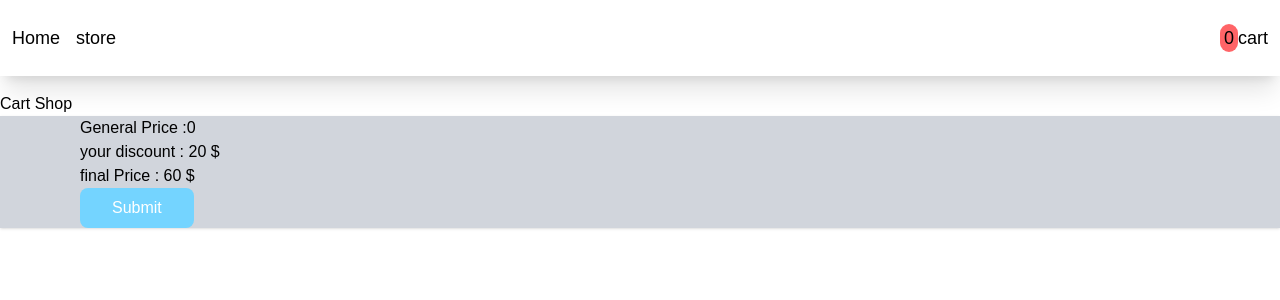
Repository: Rohullah-Noori/Nextjs-online-shop
Page: /cart
The author's editor kept a copy of each file at every save. The page is drawn from the files as they stood at one save, then again after the next save.
The browser window is 1280 px wide. The pictures show the whole page.
The project was rebuilt for these pictures with package versions that can differ from the ones it lists, and the page was loaded fresh each time. The framework's server and built-in components were replaced by stand-ins that run in the browser. Requests to the local data server were answered from the project's data file. Also part of the build but not shown: next.config.ts, src/app/components/AddToCart.tsx, src/app/components/CartItem.tsx.

Above is the page before, as saved 2025-05-13 16:23:10.

### src/app/cart/page.tsx
"use client";

import React, { useEffect, useState } from "react";
import Container from "../components/Container";
import CartItem from "../components/CartItem";
import { useShopingContextCustim } from "../context/page";
import axios from "axios";
import { IProductsProps } from "../components/Products";
import { formatNumber } from "@/utils/number";

export default function Cart() {
  const { cart } = useShopingContextCustim();

  const [data, setData] = useState<IProductsProps[]>([]);

  useEffect(() => {
    axios(`http://localhost:3004/products`).then((res) => {
      const { data } = res;
      setData(data);
    });
  }, []);

  console.log(data);

  return (
    <Container>
      <h1>Cart Shop</h1>
      {cart.map((item) => (
        <CartItem key={item.id} {...item} />
      ))}

      <div className="shadow bg-gray-300  gap-y-2 px-20 ">
        <p>
          General Price :
          <span>
            {formatNumber(
              cart.reduce((total, item) => {
                const selectedproduct = data.find(
                  (product) => product.id == item.id.toString()
                );
                return total + (selectedproduct?.price ?? 0) * item.qty;
              }, 0)
            )}
          </span>
        </p>
        <p>
          your discount : <span>20 $</span>{" "}
        </p>
        <p>
          final Price : <span>60 $</span>
        </p>
        <div className=" flex justify-start gap-x-3">
          <button className=" px-8 py-2 rounded-lg bg-sky-300 text-white">
            Submit
          </button>
          {/* <input
            type="text"
            value={"please enter your discount code"}
            className="w-[300px] bg-sky-50 rounded-lg px-3 text-gray-400"
          /> */}
        </div>
      </div>
    </Container>
  );
}

### src/app/components/Layout.tsx
import React from "react";
import Navbar from "./Navbar";

interface IlayoutProps {
  children: React.ReactNode;
}

export default function Layout({ children }: IlayoutProps) {
  return (
    <div>
      <Navbar />
      {children}
    </div>
  );
}

### src/app/context/page.tsx
"use client";
import React, { createContext, useContext, useState } from "react";

type IshopContextProps = {
  children: React.ReactNode;
};

type cartItems = {
  id: number;
  qty: number;
};

type TshopingContext = {
  cart: cartItems[];
  HandleincreasetoCard: (id: number) => void;
  getProductqty: (id: number) => number;
  totalitemsqty: number;
  handledecreasetoCard: (id: number) => void;
  RemovehandleSubmit: (id: number) => void;
};

const shopingContext = createContext({} as TshopingContext);

export const useShopingContextCustim = () => {
  return useContext(shopingContext);
};

export default function ConextShop({ children }: IshopContextProps) {
  const [cart, setCart] = useState<cartItems[]>([]);

  const getProductqty = (id: number) => {
    return cart.find((item) => item.id == id)?.qty ?? 0;
  };

  const totalitemsqty = cart.reduce((totalgqty, item) => {
    return totalgqty + item.qty;
  }, 0);

  const HandleincreasetoCard = (id: number) => {
    setCart((prev) => {
      const isnotExist = prev.find((item) => item.id === id) == null;
      if (isnotExist) {
        return [...prev, { id: id, qty: 1 }];
      } else {
        return prev.map((item) => {
          if (item.id == id) {
            return { ...item, qty: item.qty + 1 };
          } else {
            return item;
          }
        });
      }
    });
  };

  const handledecreasetoCard = (id: number) => {
    setCart((prev) => {
      const islastOne = prev.find((item) => item.id == id)?.qty == 1;
      if (islastOne) {
        return prev.filter((item) => item.id != id);
      } else {
        return prev.map((item) => {
          if (item.id == id) {
            return {
              ...item,
              qty: item.qty - 1,
            };
          } else {
            return item;
          }
        });
      }
    });
  };

  const RemovehandleSubmit = (id: number) => {
    setCart((prev) => {
      return prev.filter((item) => item.id != id);
    });
  };

  return (
    <shopingContext.Provider
      value={{
        cart,
        HandleincreasetoCard,
        getProductqty,
        totalitemsqty,
        handledecreasetoCard,
        RemovehandleSubmit,
      }}
    >
      {children}
    </shopingContext.Provider>
  );
}

### src/app/components/Container.tsx
import React from "react";
interface IContainerProps {
  children: React.ReactNode;
}

export default function Container({ children }: IContainerProps) {
  return <div className="container mx-auto">{children}</div>;
}

### src/utils/number.tsx
export function formatNumber(num: number) {
  return num.toString().replace(/\B(?=(\d{3})+(?!\d))/g, ",");
}

### src/app/components/Navbar.tsx
"use client";
import Link from "next/link";
import { usePathname } from "next/navigation";

import React from "react";
import Container from "./Container";
import { useShopingContextCustim } from "../context/page";

export default function Navbar() {
  const { totalitemsqty } = useShopingContextCustim();
  const pathname = usePathname();
  const navlinks = [
    {
      title: "Home",
      href: "/",
    },
    {
      title: "store",
      href: "/store",
    },
  ];

  return (
    <nav className="  flex p-3 mb-4 text-lg  shadow-xl  ">
      <Container>
        <div className="flex justify-between my-3 ">
          <div>
            {navlinks.map((item) => (
              <Link
                key={item.href}
                className={`mr-4 ${
                  pathname === item.href ? "text-sky-400" : ""
                }`}
                href={item.href}
              >
                {item.title}
              </Link>
            ))}
          </div>
          <div>
            <span className="bg-red-400 rounded-4xl p-1">{totalitemsqty}</span>
            <Link href="/cart">cart</Link>
          </div>
        </div>
      </Container>
    </nav>
  );
}

### database/db.json
{
  "products": [
    {
      "id": "1",
      "title": " Product 1",
      "price": 30,
      "description": "Kitchen sinks are essential for washing dishes, vegetables, and hands.\nKitchen lamps provide focused lighting for cooking and food preparation.\nCabinets store utensils, cookware, and pantry items in an organized way.\nCountertops offer space for chopping, mixing, and serving meals.\nStoves and ovens are central for cooking a variety of dishes.\nRefrigerators keep food fresh and beverages cold.\nThese materials make the kitchen functional, efficient, and enjoyable to use.",
      "image": "https://m.media-amazon.com/images/I/71r1BLOWnkL._AC_UF894,1000_QL80_.jpg"
    },
    {
      "id": "2",
      "title": " Product 2",
      "price": 10,
      "description": "Household cleaners like glass and ceramic cleaners help keep surfaces shiny and free from stains.\nThey remove dirt, grease, and bacteria, making the home healthier.\nGlass cleaners leave mirrors and windows streak-free and crystal clear.\nCeramic cleaners restore the shine of tiles and prevent mold growth.\nRegular use of these products extends the life of surfaces.\nThey also reduce unpleasant odors and leave a fresh scent.\nUsing the right cleaner makes cleaning faster and more effective.",
      "image": "https://media.istockphoto.com/id/510693044/photo/house-cleaning-product-on-wood-table.jpg?s=612x612&w=0&k=20&c=EZfeRCDgSMPnqG684zQBOqyNfDGx9JWTXS1Q2Lhrjy4="
    },
    {
      "id": "3",
      "title": " Product 3",
      "price": 20,

      "description": "Household cleaning tools like toothbrushes and bathroom brushes help maintain personal and home hygiene.\nToilet brushes are essential for keeping toilets clean and germ-free.\nShampoo is not only for hair but can also be used for gentle surface cleaning.\nCeramic cleaners remove stains and keep tiles shiny and fresh.\nKitchen floor cleaners remove grease and food residue for a safer cooking space.\nYard floor cleaners help",

      "image": "https://t3.ftcdn.net/jpg/01/91/32/34/360_F_191323402_W2ATUPr8dGHALHrvyX4WVlEDz4qXmmd9.jpg"
    },
    {
      "id": "4",
      "title": " Product 4",
      "price": 100,
      "description": "Bedroom essentials like pillows and beds provide comfort and support for restful sleep.\nSoft blankets and bed sheets add warmth and relaxation.\nCurtains help control light and add privacy to your room.\nClosets and drawers keep clothes and accessories organized.\nNightstands are useful for holding lamps, books, or phones.\nCarpets add a cozy feeling and reduce noise in the room.\nThese home materials make the bedroom more comfortable and functional.",
      "image": "https://a-static.besthdwallpaper.com/colorful-cartoon-design-with-open-door-and-household-items-wallpaper-1152x768-102826_36.jpg"
    },
    {
      "id": "5",
      "title": " Product 5",
      "price": 80,
      "description": "Chairs provide comfortable seating and come in various styles for different rooms.\nLamps add both light and ambiance, making spaces feel warm and inviting.\nWall art and paintings bring personality and color to your home.\nShelves and stands help organize books, plants, and decorative items.\nRugs define areas and add texture to floors.\nMirrors enhance light and make rooms appear more spacious.\nDecorations reflect your style and turn a house into a home.",
      "image": "https://plus.unsplash.com/premium_photo-1683133958062-12afa652a4fb?fm=jpg&q=60&w=3000&ixlib=rb-4.0.3&ixid=M3wxMjA3fDB8MHxzZWFyY2h8OXx8aG9tZSUyMGRlY29yfGVufDB8fDB8fHww"
    },
    {
      "id": "6",
      "title": " Product 6",
      "price": 5,
      "description": "Fruits are a natural source of vitamins, minerals, and fiber. They come in a variety of colors, shapes, and flavors. Eating fruits regularly helps boost your immune system. Some common fruits include apples, bananas, oranges, and grapes. Fruits are a delicious and healthy snack for any time of day.Many fruits grow on trees, bushes, or vines depending on the type. Tropical fruits like mangoes and pineapples thrive in warm climates.",

      "image": "https://t3.ftcdn.net/jpg/06/06/15/56/360_F_606155606_rFYHJP0uKgPNdpT3NoDbucxp0h38rlWb.jpg"
    }
  ]
}

Loaded but not shown: src/app/layout.tsx (common file); src/app/globals.css (common file)

After the next save:
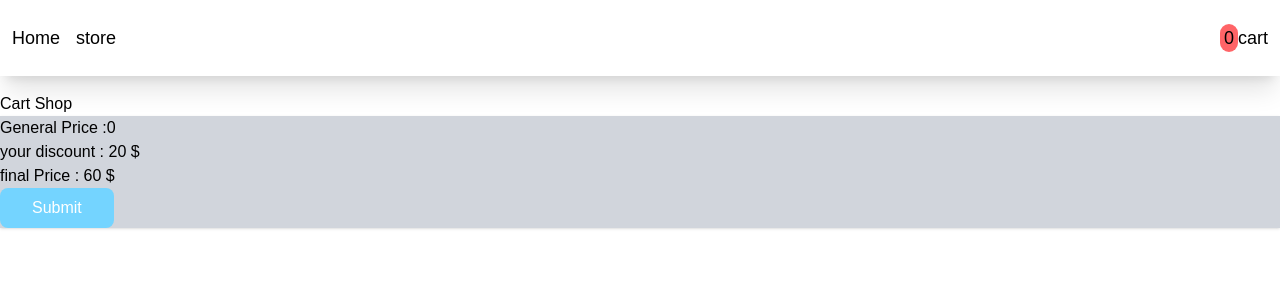
Saved 5 s later.
--- a/src/app/cart/page.tsx
+++ b/src/app/cart/page.tsx
@@ -29,7 +29,7 @@ export default function Cart() {
         <CartItem key={item.id} {...item} />
       ))}
 
-      <div className="shadow bg-gray-300  gap-y-2 px-20 ">
+      <div className="shadow bg-gray-300  gap-y-2  ">
         <p>
           General Price :
           <span>
